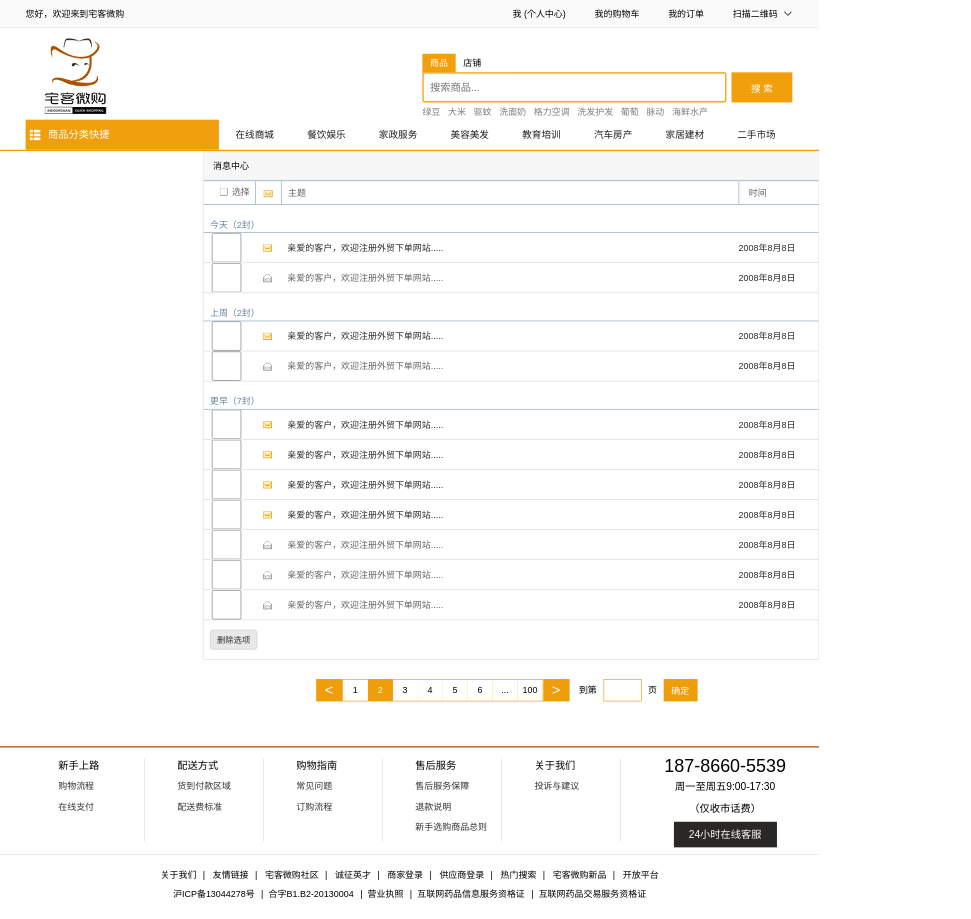
Repository: hucongting/MobliePhoneMall
Page: http://localhost/HelloMall/home/my_message.jsp
An editor plug-in stored every save of this project. The page is shown before and after the next save, followed by the edit.
The browser window is 1280 px wide. The page is 1280 px wide, then 1517 px, then 1280 px, so the pictures cover 1517 px, including what lies to the right of the window. The pictures show the whole page, at 64% of full size.
The page is served by Tomcat 9. Nobody is signed in. The application's start-up code is not run.

Above is the page before, as saved 2018-09-01 06:30:08.

After the next save:
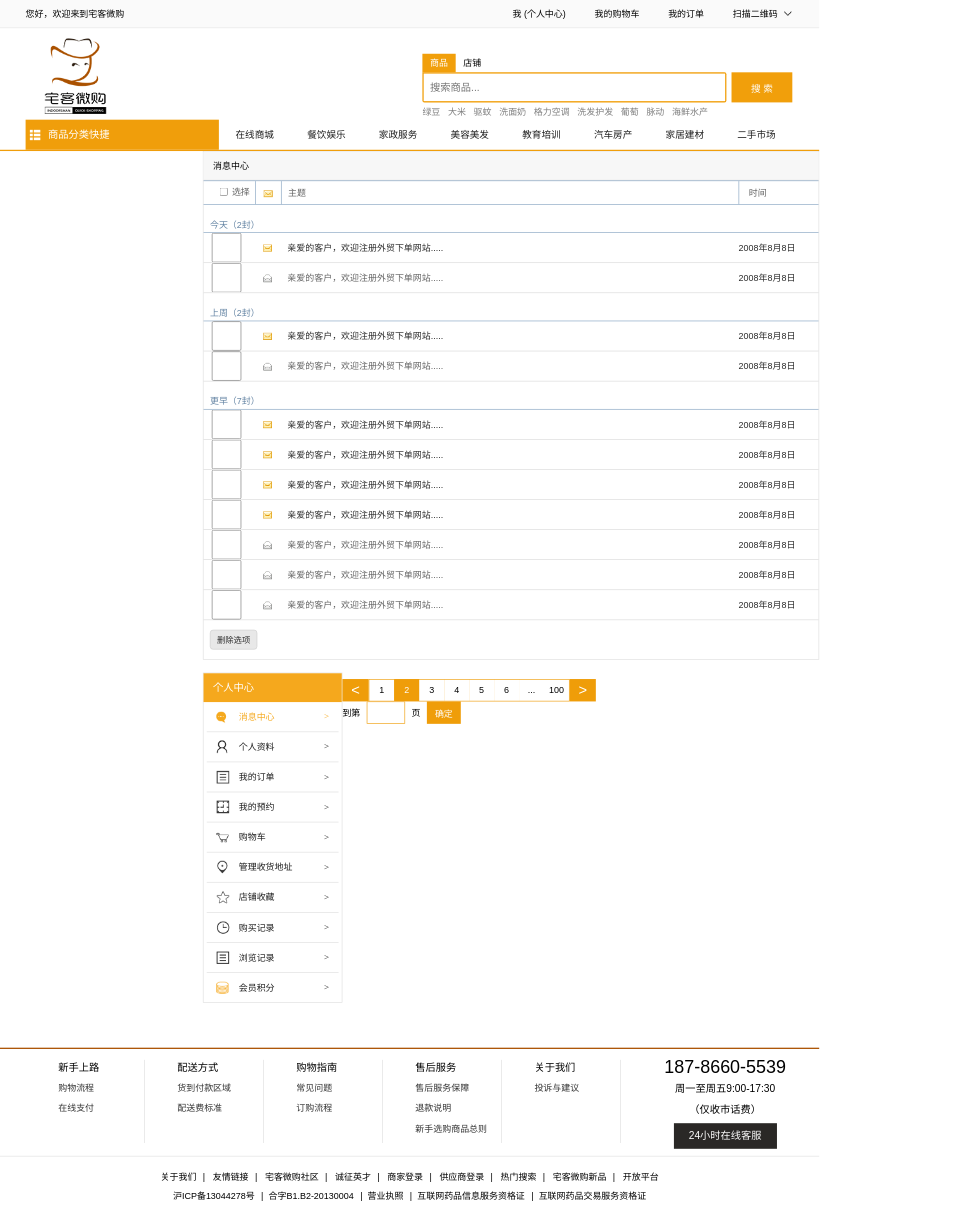
Saved 77 s later.
--- a/HelloMall/src/main/webapp/home/my_message.jsp
+++ b/HelloMall/src/main/webapp/home/my_message.jsp
@@ -126,6 +126,27 @@
                 <button class="per-del">删除选项</button>
             </div>
 
+            <!--内容开始-->
+    <div class="personal w1200">
+    	<div class="personal-left f-l">
+        	<div class="personal-l-tit">
+            	<h3>个人中心</h3>
+            </div>
+            <ul>
+            	<li class="current-li per-li1"><a href="my_message.html">消息中心<span>></span></a></li>
+            	<li class="per-li2"><a href="my_personal.html">个人资料<span>></span></a></li>
+            	<li class="per-li3"><a href="my_order.html">我的订单<span>></span></a></li>
+            	<li class="per-li4"><a href="my_make.html">我的预约<span>></span></a></li>
+            	<li class="per-li5"><a href="my_cart.html">购物车<span>></span></a></li>
+            	<li class="per-li6"><a href="my_address.html">管理收货地址<span>></span></a></li>
+            	<li class="per-li7"><a href="my_collection.html">店铺收藏<span>></span></a></li>
+            	<li class="per-li8"><a href="buyrecord.html">购买记录<span>></span></a></li>
+            	<li class="per-li9"><a href="lookrecored.html">浏览记录<span>></span></a></li>
+            	<li class="per-li10"><a href="vip_score.html">会员积分<span>></span></a></li>
+            </ul>
+        </div>
+    </div>
+
             <!--分页-->
             <div class="paging">
             	<div class="pag-left f-l">

After the save that followed:
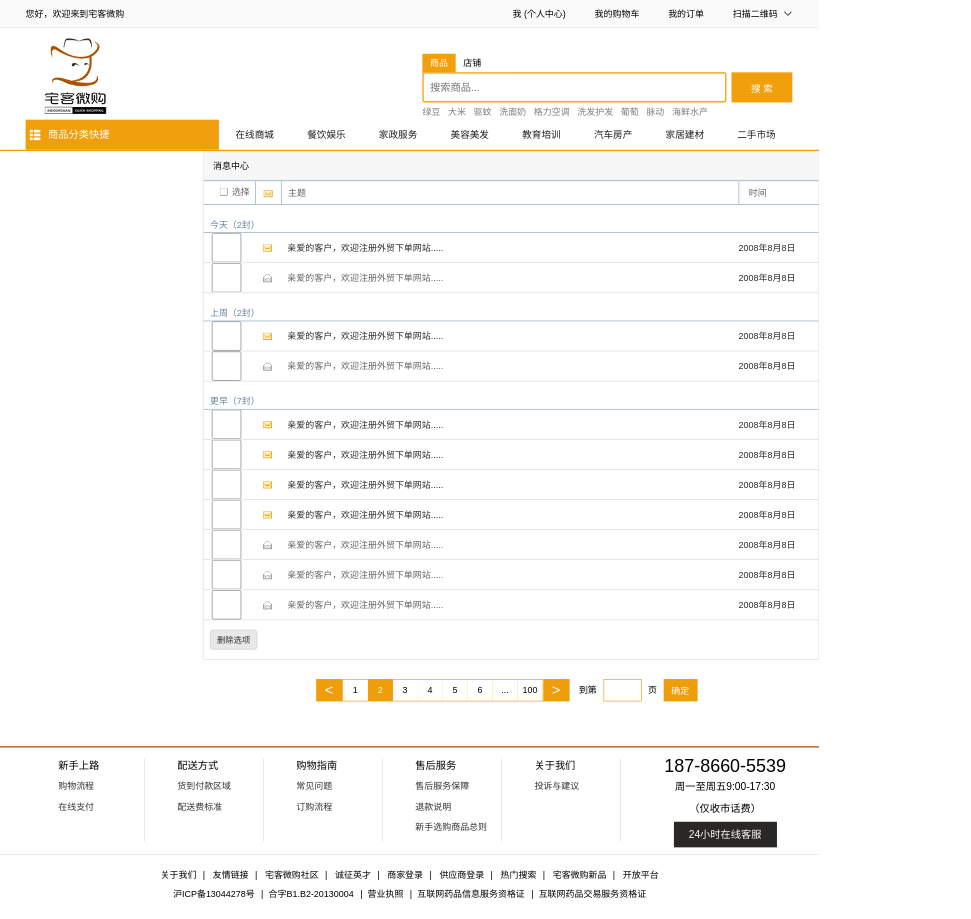
Saved 20 s later.
--- a/HelloMall/src/main/webapp/home/my_message.jsp
+++ b/HelloMall/src/main/webapp/home/my_message.jsp
@@ -126,26 +126,7 @@
                 <button class="per-del">删除选项</button>
             </div>
 
-            <!--内容开始-->
-    <div class="personal w1200">
-    	<div class="personal-left f-l">
-        	<div class="personal-l-tit">
-            	<h3>个人中心</h3>
-            </div>
-            <ul>
-            	<li class="current-li per-li1"><a href="my_message.html">消息中心<span>></span></a></li>
-            	<li class="per-li2"><a href="my_personal.html">个人资料<span>></span></a></li>
-            	<li class="per-li3"><a href="my_order.html">我的订单<span>></span></a></li>
-            	<li class="per-li4"><a href="my_make.html">我的预约<span>></span></a></li>
-            	<li class="per-li5"><a href="my_cart.html">购物车<span>></span></a></li>
-            	<li class="per-li6"><a href="my_address.html">管理收货地址<span>></span></a></li>
-            	<li class="per-li7"><a href="my_collection.html">店铺收藏<span>></span></a></li>
-            	<li class="per-li8"><a href="buyrecord.html">购买记录<span>></span></a></li>
-            	<li class="per-li9"><a href="lookrecored.html">浏览记录<span>></span></a></li>
-            	<li class="per-li10"><a href="vip_score.html">会员积分<span>></span></a></li>
-            </ul>
-        </div>
-    </div>
+
 
             <!--分页-->
             <div class="paging">
